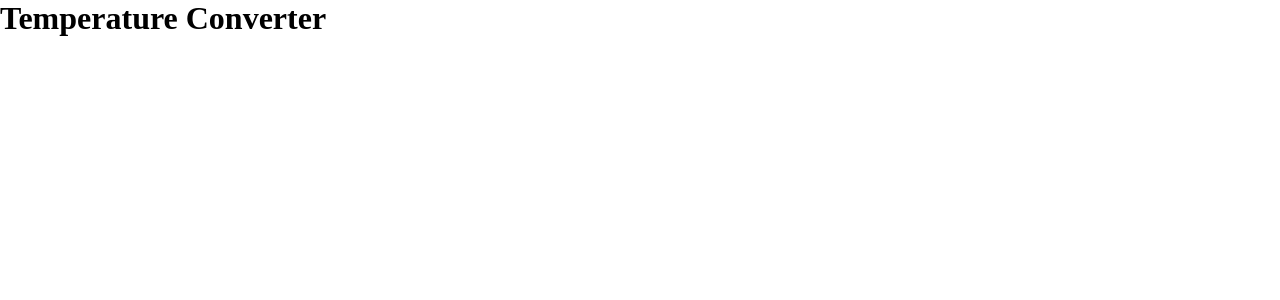
Repository: kiranjeetkaur01/tempconverter.github.io
Page: index.html
These files come from the project's save history. The page is drawn as it stood at one moment and after the next save; the edit follows.
The browser window is 1280 px wide. The pictures show the whole page.

Above is the page before, as saved 2023-09-27 11:59:51.

After the next save:
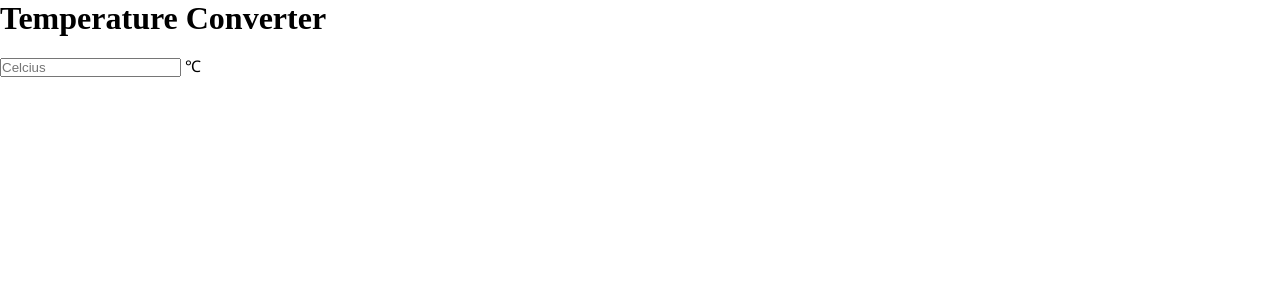
Saved 3 min 2 s later.
--- a/index.html
+++ b/index.html
@@ -20,6 +20,10 @@
           ><i class="fa-solid fa-temperature-list"></i
         ></span>
       </div>
+      <div id="celcius">
+        <input type="number" name="" placeholder="Celcius">
+        <span class="icon">&#8451</span>
+      </div>
     </div>
   </body>
 </html>
